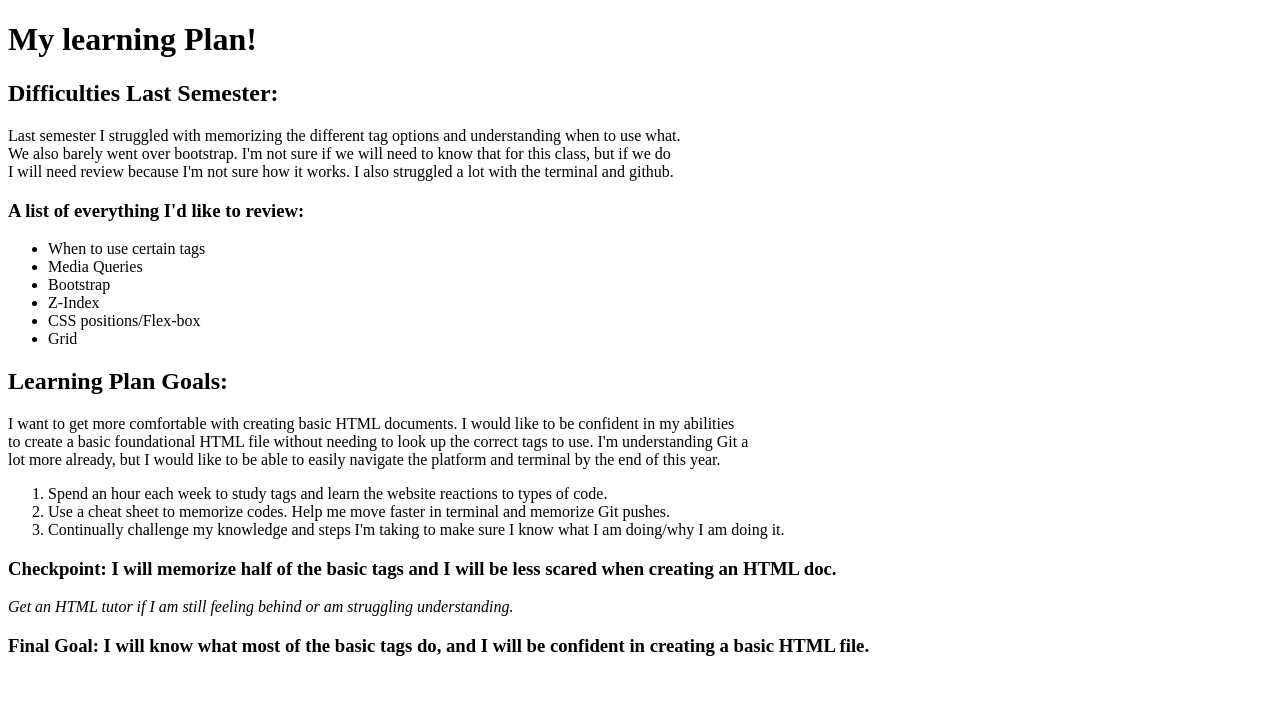
Repository: awollf/mdia-2109
Page: learning-plan.html
The author's editor kept a copy of each file at every save. The page is drawn from the files as they stood at one save, then again after the next save.
The browser window is 1280 px wide. The pictures show the whole page.

Above is the page before, as saved 2026-01-26 12:19:09.

### learning-plan.html
<!DOCTYPE html>
<html lang="en">
<head>
    <meta charset="UTF-8">
    <meta name="viewport" content="width=device-width, initial-scale=1.0">
    <title>Learning Plan</title>
</head>
<body>
    <h1>My learning Plan!</h1>

    <h2>Difficulties Last Semester:</h2>
    <p>Last semester I struggled with memorizing the different tag options and understanding when to use what.
        <br>We also barely went over bootstrap. I'm not sure if we will need to know that for this class, but if we do
        <br>I will need review because I'm not sure how it works. I also struggled a lot with the terminal and github.
    </p>

    <h3>A list of everything I'd like to review:</h3>
    <ul>
        <li>When to use certain tags</li>
        <li>Media Queries</li>
        <li>Bootstrap</li>
        <li>Z-Index</li>
        <li>CSS positions/Flex-box</li>
        <li>Grid</li>
    </ul>

    <h2>Learning Plan Goals:</h2>
    <p>I want to get more comfortable with creating basic HTML documents. I would like to be confident in my abilities
    <br>to create a basic foundational HTML file without needing to look up the correct tags to use. I'm understanding Git a
    <br>lot more already, but I would like to be able to easily navigate the platform and terminal by the end of this year. </p>

    <ol>
        <li>Spend an hour each week to study tags and learn the website reactions to types of code.</li>
        <li>Use a cheat sheet to memorize codes. Help me move faster in terminal and memorize Git pushes.</li>
        <li>Continually challenge my knowledge and steps I'm taking to make sure I know what I am doing/why I am doing it.</li>
    </ol>

    <h3>Checkpoint: I will memorize half of the basic tags and I will be less scared when creating an HTML doc.</h3>
    <em>Get an HTML tutor if I am still feeling behind or am struggling understanding.</em>

    <h3>Final Goal: I will know what most of the basic tags do, and I will be confident in creating a basic HTML file.</h3>

</body>
</html>

After the next save:
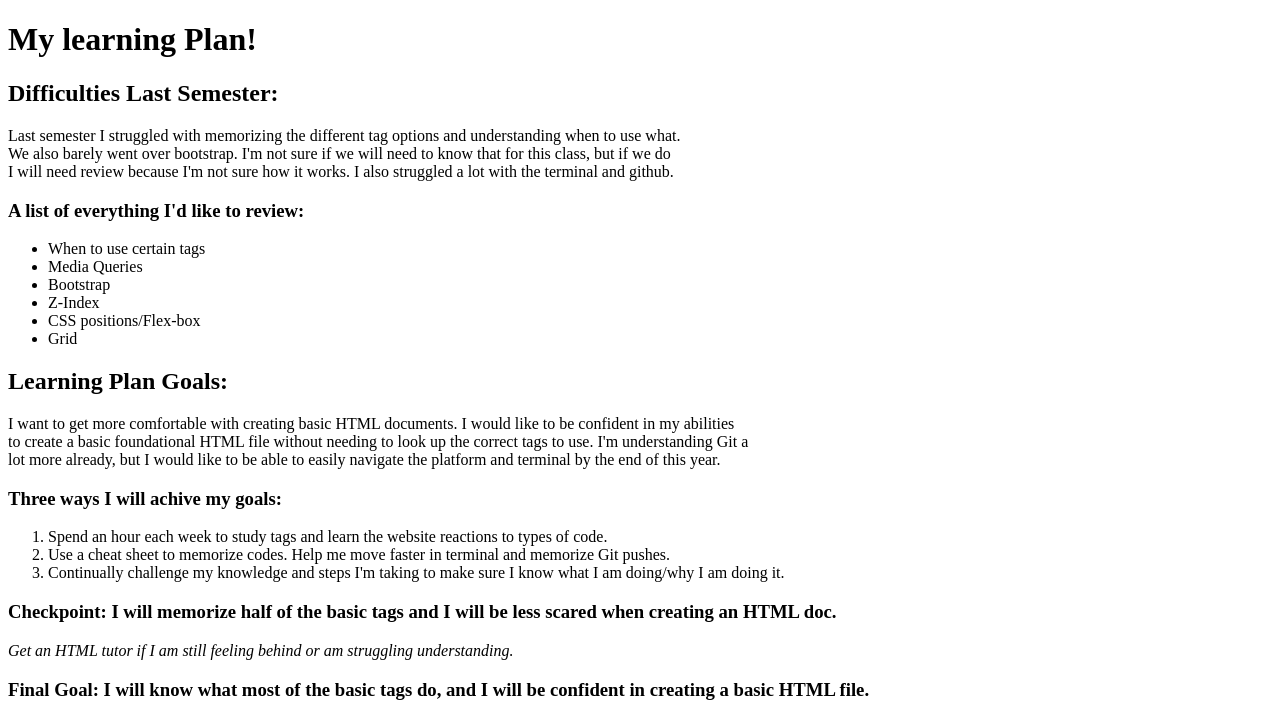
Saved 37 s later.
--- a/learning-plan.html
+++ b/learning-plan.html
@@ -29,6 +29,8 @@
     <br>to create a basic foundational HTML file without needing to look up the correct tags to use. I'm understanding Git a
     <br>lot more already, but I would like to be able to easily navigate the platform and terminal by the end of this year. </p>
 
+        <h3>Three ways I will achive my goals:</h3>
+
     <ol>
         <li>Spend an hour each week to study tags and learn the website reactions to types of code.</li>
         <li>Use a cheat sheet to memorize codes. Help me move faster in terminal and memorize Git pushes.</li>
